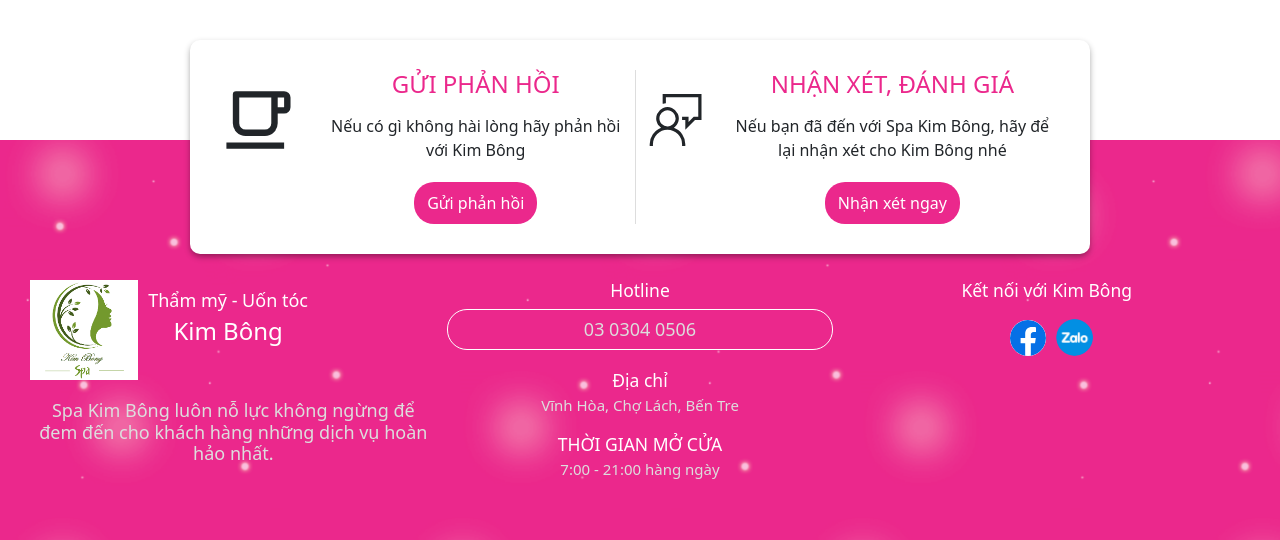
Repository: tranduykhuong/SpaKimBong
Page: /about
These files come from the project's save history. The page is drawn as it stood at one moment and after the next save; the edit follows.
The browser window is 1280 px wide. The pictures show the part of the page from y = 2157 to 2717 px (the page is 2697 px tall before and 2717 px after).
The project was rebuilt for these pictures with package versions that can differ from the ones it lists, and the page was loaded fresh each time. Also part of the build but not shown: src/components/Header/Slider/slider.scss, src/components/Header/Slider/Slider.js, src/components/Header/ListImage/listImage.scss, src/components/Header/ListImage/ListImage.js, src/pages/Home/home.scss, src/pages/Home/ListImage/listImage.scss, src/pages/Home/ListImage/ListImage.js, src/pages/Home/BookOnline/bookOnl.scss and 6 more.

Above is the page before, as saved 2022-06-03 00:03:15.

After the next save:
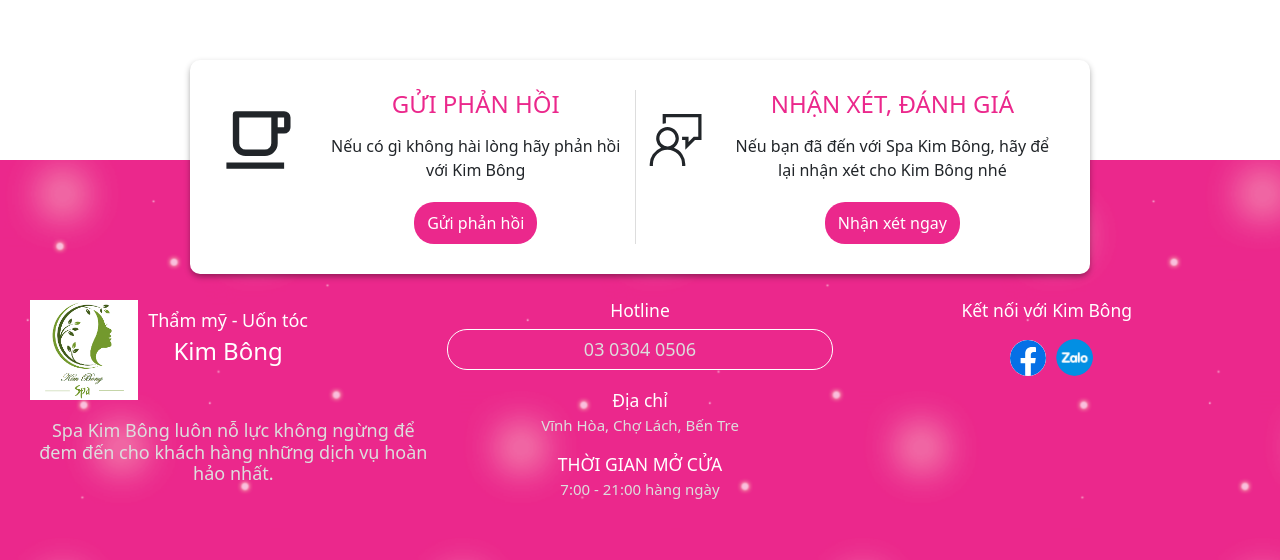
Saved 25 s later.
--- a/src/pages/About/About.scss
+++ b/src/pages/About/About.scss
@@ -104,7 +104,7 @@
         text-align: left;
         .text-info {
           padding: 0 30px 30px;
-          margin-top: 30px;
+          margin: 30px 0 20px;
 
           h2 {
             text-transform: uppercase;
